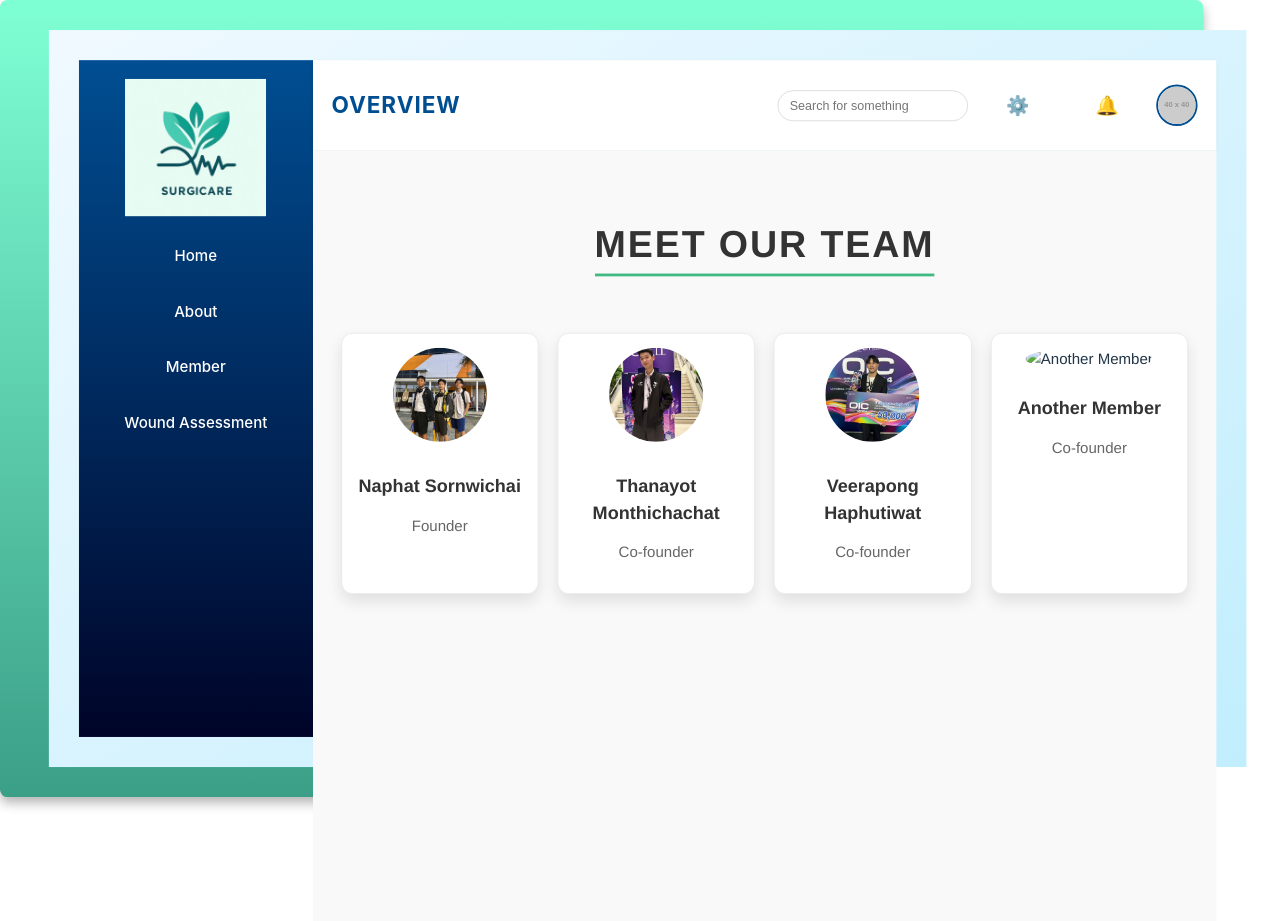
Repository: Jinwoo290350/Surgicare-Vue
Page: /member (app in surgicare/)
An editor plug-in stored every save of this project. The page is shown before and after the next save, followed by the edit.
The browser window is 1280 px wide. The page is 1358 px wide, so the pictures cover 1358 px, including what lies to the right of the window. The pictures show the whole page, at 94% of full size.
The project was rebuilt for these pictures with package versions that can differ from the ones it lists, and the page was loaded fresh each time. Also part of the build but not shown: surgicare/vite.config.js, surgicare/src/views/Home.vue, surgicare/src/views/About.vue, surgicare/src/components/WoundAssessment.vue.

Above is the page before, as saved 2024-12-30 14:27:02.
Console error: TypeError: Cannot read properties of null (reading 'getContext')
Not found: Another.jpg

After the next save:
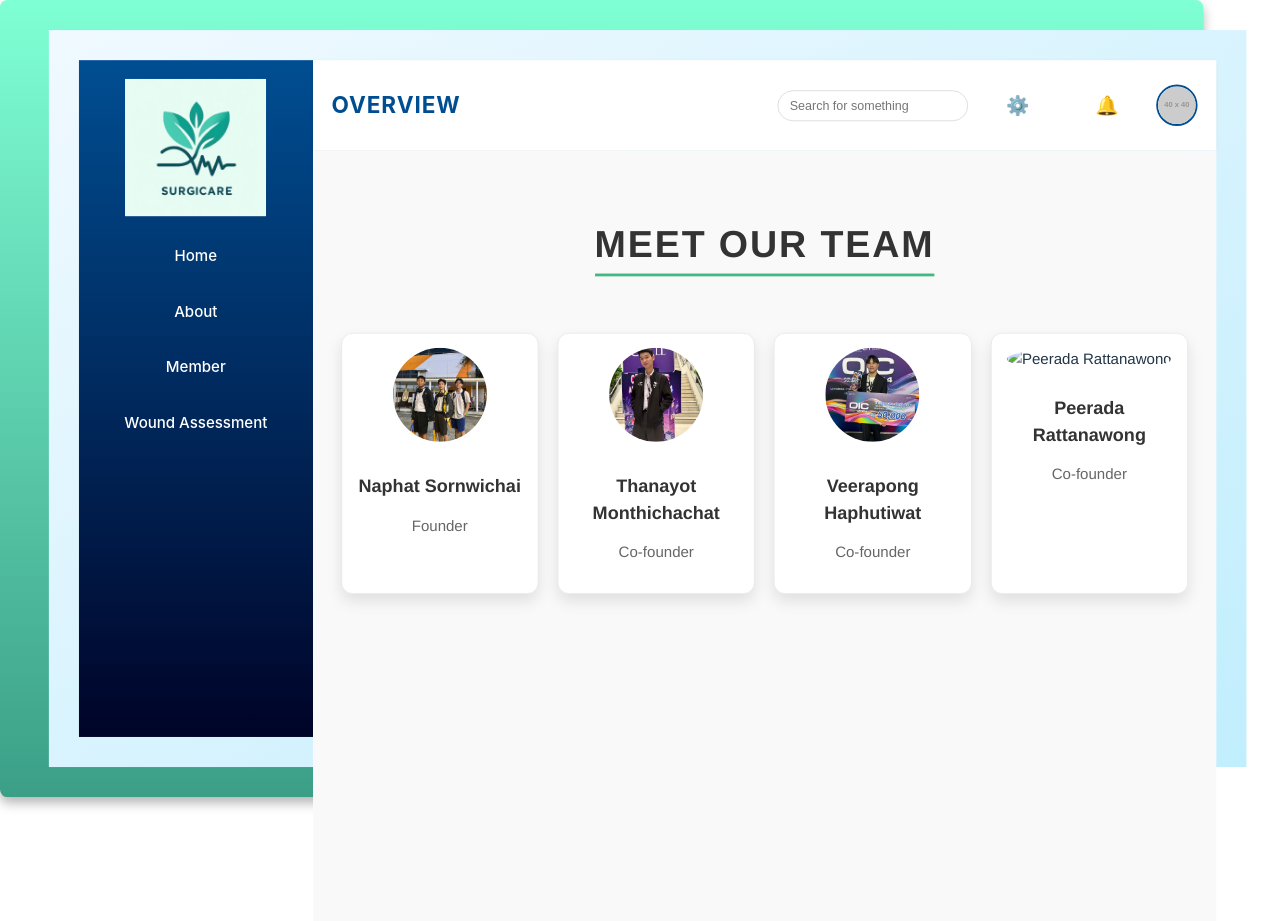
Not found: Users/frank/Vscode/Vue/surgicare/public/bio.jpg
Saved 2 min 45 s later.
--- a/surgicare/src/views/Member.vue
+++ b/surgicare/src/views/Member.vue
@@ -55,10 +55,10 @@ export default {
           bio: "Co-founder of Surgicare.",
         },
         {
-          name: "Another Member",
+          name: "Peerada Rattanawong",
           role: "Co-founder",
-          photo: "Another.jpg",
-          bio: "Another member bio.",
+          photo: "/Users/frank/Vscode/Vue/surgicare/public/bio.jpg",
+          bio: "Co-founder of Surgicare.",
         },
       ],
       selectedMember: null,
